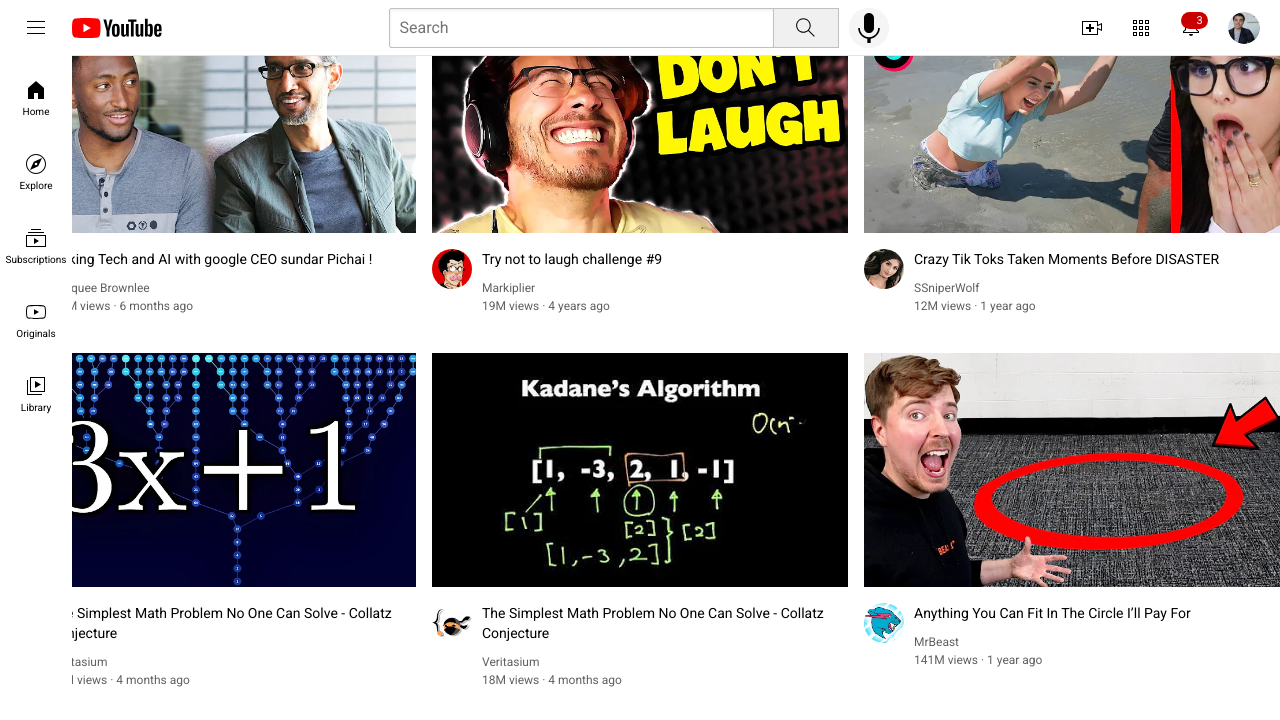
Repository: knowledgeAlan/html-css-sixteen
Page: youtube.html
An editor plug-in stored every save of this project. The page is shown before and after the next save, followed by the edit.
The browser window is 1280 px wide. The pictures show the whole page.

Above is the page before, as saved 2024-04-12 17:52:26.

After the next save:
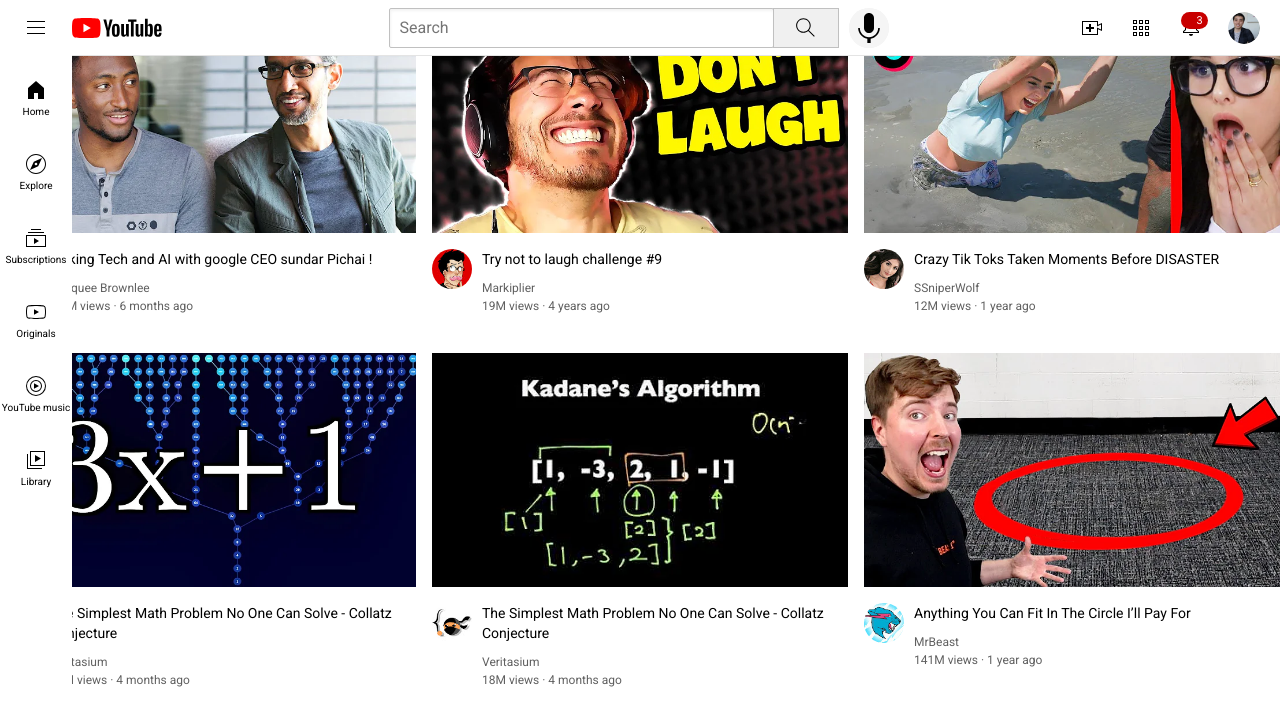
Saved 54 s later.
--- a/youtube.html
+++ b/youtube.html
@@ -75,6 +75,12 @@
             <div>Originals</div>
           </div>
 
+
+          <div class="sidebar-link">
+            <img src="icons/youtube-music.svg">
+            <div>YouTube music</div>
+          </div>
+
           <div class="sidebar-link">
             <img src="icons/library.svg">
             <div>Library</div>
